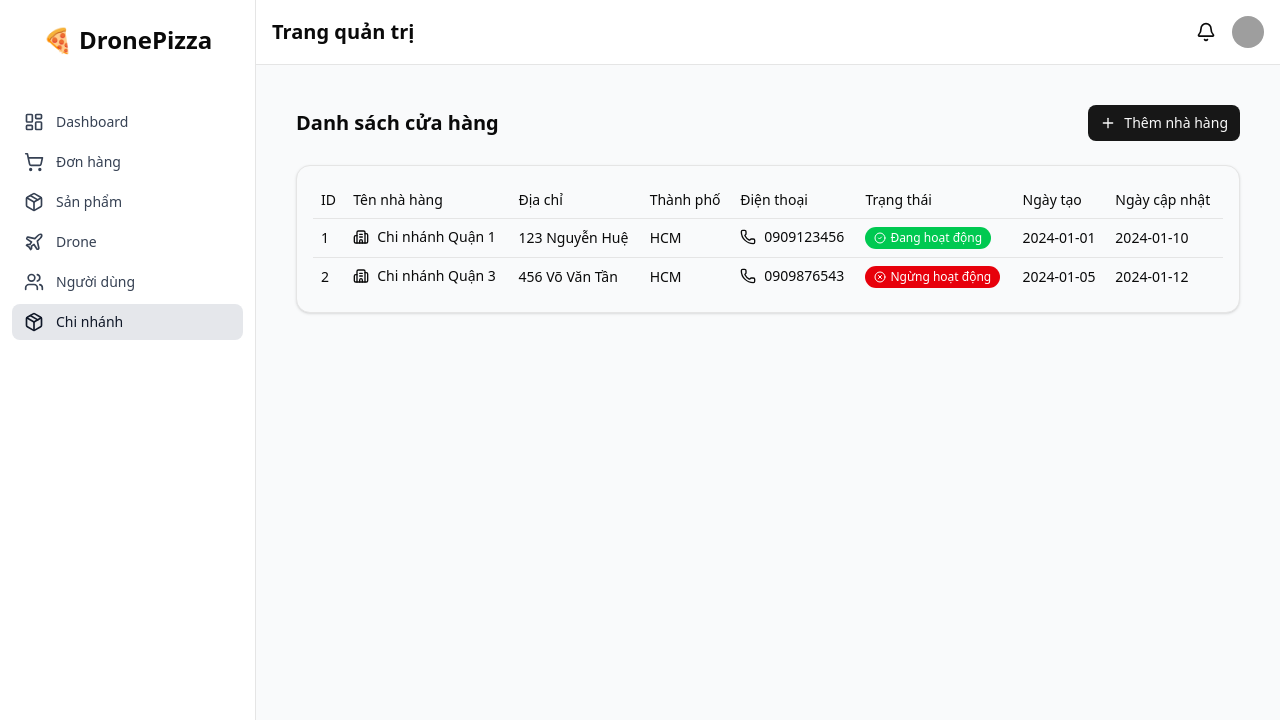
Repository: SkyWindd/project_fs
Page: /admin/stores (app in web/)
An editor plug-in stored every save of this project. The page is shown before and after a run of saves, followed by the edit.
The browser window is 1280 px wide. The pictures show the whole page.
Pictures or frames that could not be fetched are drawn as grey boxes. The page's requests for data from a server got no answer. Some web fonts or font styles are not loaded; a fallback is used. The project was rebuilt for these pictures with package versions that can differ from the ones it lists, and the page was loaded fresh each time. No one was signed in, and anything a server would have sent is missing. Also part of the build but not shown: web/vite.config.ts, web/src/hooks/useResponsive.ts, web/src/components/ui/input.tsx, web/src/components/Location/MapPicker.tsx, web/src/components/Location/LocationSelector.tsx, web/src/components/Cart/CartItemCard.tsx, web/src/components/Cart/CartDrawer.tsx, web/src/components/Header/CartIcon.tsx and 55 more. Imported but missing from the stored project, and not drawn on this page: web/src/components/ui/radio-group, web/src/components/ui/textarea.

Above is the page before, as saved 2025-12-01 03:45:24.

### web/src/main.tsx
import React from 'react'
import ReactDOM from 'react-dom/client'
import App from './App'
import './index.css'
import { CartProvider } from "./context/CartContext"
ReactDOM.createRoot(document.getElementById('root')!).render(
  <React.StrictMode>
      <CartProvider>
    <App />
    </CartProvider>
  </React.StrictMode>,
)

### web/src/App.tsx
import { RouterProvider } from "react-router-dom"
import { router } from "./router"
import { LocationProvider } from "./context/LocationContext"
import { Toaster } from "sonner"
import { AuthProvider } from "./context/AuthContext"
import { CategoryProvider } from "./context/CategoryContext"
import { MenuProvider } from "./context/MenuContext"
import { StoreProvider } from "./context/StoreContext"
import { StoreMenuProvider } from "./context/StoreMenuContext"
export default function App() {
  return (
    <>
      {/* Toast toàn app */}
      <Toaster
        position="top-center"
        richColors
        expand
        style={{ zIndex: 99999 }}
      />

      {/* ⭐ Bao toàn bộ Router bằng tất cả Provider cần thiết */}
      <AuthProvider>
        <LocationProvider>
          <CategoryProvider>
             <MenuProvider>
                <StoreProvider>
                  <StoreMenuProvider>
                  <RouterProvider router={router} />
                  </StoreMenuProvider>
                </StoreProvider>
             </MenuProvider>
          </CategoryProvider>
        </LocationProvider>
      </AuthProvider>
    </>
  )
}

### web/src/router/index.tsx
import { createBrowserRouter } from "react-router-dom";

// Layouts
import MainLayout from "../layout/MainLayout";
import AdminLayout from "../layout/AdminLayout";

// Pages người dùng
import Home from "../pages/Home";
import Checkout from "../pages/Checkout";
import NotFound from "../pages/NotFound";
import AuthPage from "../pages/AuthPage";
import Profile from "../pages/Profile";

// Pages admin
import Dashboard from "../pages/Dashboard";
import Orders from "../pages/Order";
import Products from "../pages/Product";
import Drones from "../pages/Drone";
import Users from "../pages/Users";
import Stores from "../pages/Store";
import StoreDetail from "../pages/StoreDetail";

export const router = createBrowserRouter([
  // 🌿 Layout người dùng
  {
    path: "/",
    element: <MainLayout />,
    children: [
      { index: true, element: <Home /> },
      { path: "checkout", element: <Checkout /> },
      { path: "auth", element: <AuthPage /> },
      { path: "profile", element: <Profile /> },
      { path: "*", element: <NotFound /> },
    ],
  },

  // 🧭 Layout admin
  {
    path: "/admin",
    element: <AdminLayout />,
    children: [
      { index: true, element: <Dashboard /> },
      { path: "orders", element: <Orders /> },
      { path: "products", element: <Products /> },
      { path: "drones", element: <Drones /> },
      { path: "users", element: <Users /> },
      { path: "stores", element: <Stores /> },
      { path: "stores/:id", element: <StoreDetail /> },
    ],
  },

  // 404 fallback
  {
    path: "*",
    element: <NotFound />,
  },
]);

export default router;

### web/src/context/AuthContext.tsx
"use client"

import React, { createContext, useContext, useEffect, useState } from "react"

interface User {
  user_id: number
  full_name: string
  email: string
  phone_number: string
  password: string
  role: "admin" | "customer"
  is_active: boolean
  created_at: string
  updated_at: string
}

interface AuthContextType {
  currentUser: User | null
  login: (user: User) => void
  logout: () => void
  updateUser: (updatedUser: User) => void // ✅ thêm mới
}

// ✅ Tạo context
const AuthContext = createContext<AuthContextType | undefined>(undefined)

// ✅ Provider
export function AuthProvider({ children }: { children: React.ReactNode }) {
  const [currentUser, setCurrentUser] = useState<User | null>(null)

  // 🔹 Load user từ localStorage khi app khởi động
  useEffect(() => {
    const stored = localStorage.getItem("currentUser")
    if (stored) setCurrentUser(JSON.parse(stored))
  }, [])

  // 🔹 Đăng nhập
  const login = (user: User) => {
    localStorage.setItem("currentUser", JSON.stringify(user))
    setCurrentUser(user)
  }

  // 🔹 Đăng xuất
  const logout = () => {
    localStorage.removeItem("currentUser")
    setCurrentUser(null)
  }

  // 🔹 Cập nhật thông tin user
  const updateUser = (updatedUser: User) => {
    localStorage.setItem("currentUser", JSON.stringify(updatedUser))
    setCurrentUser(updatedUser)
  }

  return (
    <AuthContext.Provider value={{ currentUser, login, logout, updateUser }}>
      {children}
    </AuthContext.Provider>
  )
}

// ✅ Custom hook
export function useAuth() {
  const context = useContext(AuthContext)
  if (!context) {
    throw new Error("useAuth must be used within an AuthProvider")
  }
  return context
}

### web/src/context/CategoryContext.tsx
import { createContext, useContext, useEffect, useState } from "react";
import type { ReactNode } from "react";
import { fetchCategories } from "../lib/api";

// 1️⃣ Định nghĩa kiểu Category từ DB
export interface Category {
  category_id: number;
  category_name: string;
}

// 2️⃣ Kiểu dữ liệu trong context
interface CategoryContextType {
  categories: Category[];
  loading: boolean;
}

// 3️⃣ Context với default value
const CategoryContext = createContext<CategoryContextType>({
  categories: [],
  loading: true,
});

// 4️⃣ Định nghĩa props provider
interface CategoryProviderProps {
  children: ReactNode;
}

export function CategoryProvider({ children }: CategoryProviderProps) {
  const [categories, setCategories] = useState<Category[]>([]);
  const [loading, setLoading] = useState(true);

  useEffect(() => {
    fetchCategories()
      .then((data) => {
        setCategories(data);      // ⭐ Data đã có đúng category_id, category_name
        setLoading(false);
      })
      .catch(() => {
        setCategories([]);
        setLoading(false);
      });
  }, []);

  return (
    <CategoryContext.Provider value={{ categories, loading }}>
      {children}
    </CategoryContext.Provider>
  );
}

// 5️⃣ Custom hook
export function useCategories() {
  return useContext(CategoryContext);
}

### web/src/context/MenuContext.tsx
import { createContext, useContext, useEffect, useState } from "react";
import type { ReactNode } from "react";
import { fetchMenuItems } from "../lib/api";

interface MenuContextType {
  menuItems: any[];
  loading: boolean;
}

const MenuContext = createContext<MenuContextType>({
  menuItems: [],
  loading: true,
});

interface MenuProviderProps {
  children: ReactNode;
}

export function MenuProvider({ children }: MenuProviderProps) {
  const [menuItems, setMenuItems] = useState<any[]>([]);
  const [loading, setLoading] = useState(true);

  useEffect(() => {
    fetchMenuItems().then((data) => {
      setMenuItems(data);
      setLoading(false);
    });
  }, []);

  return (
    <MenuContext.Provider value={{ menuItems, loading }}>
      {children}
    </MenuContext.Provider>
  );
}

export function useMenu() {
  return useContext(MenuContext);
}

### web/src/context/StoreMenuContext.tsx
import { createContext, useContext, useEffect, useState } from "react";
import { useStore } from "./StoreContext";
import { fetchStoreMenu } from "../lib/api";

interface StoreMenuContextType {
  storeMenu: any[];
  loading: boolean;
}

const StoreMenuContext = createContext<StoreMenuContextType>({
  storeMenu: [],
  loading: true,
});

interface StoreMenuProviderProps {
  children: React.ReactNode;
}

export function StoreMenuProvider({ children }: StoreMenuProviderProps) {
  const { selectedStore } = useStore();
  const [storeMenu, setStoreMenu] = useState<any[]>([]);
  const [loading, setLoading] = useState(false);

  useEffect(() => {
    if (!selectedStore) return;

    setLoading(true);

    fetchStoreMenu(selectedStore.store_id)
      .then((data) => setStoreMenu(data))
      .finally(() => setLoading(false));
  }, [selectedStore]);

  return (
    <StoreMenuContext.Provider value={{ storeMenu, loading }}>
      {children}
    </StoreMenuContext.Provider>
  );
}

export const useStoreMenu = () => useContext(StoreMenuContext);

### web/src/layout/AdminLayout.tsx
import React from "react";
import { Outlet } from "react-router-dom";
import { Bell } from "lucide-react";
import { Sidebar } from "../components/Admin/Sidebar";
import { Avatar, AvatarFallback, AvatarImage } from "../components/ui/avatar";

interface AdminLayoutProps {
  children?: React.ReactNode; // Cho phép truyền children khi không dùng Outlet
}

export default function AdminLayout({ children }: AdminLayoutProps) {
  return (
    <div className="flex min-h-screen bg-gray-50">
      {/* Sidebar */}
      <Sidebar />

      {/* Main content area */}
      <div className="flex-1 flex flex-col">
        {/* Header */}
        <header className="flex items-center justify-between bg-white border-b p-4">
          <h1 className="text-xl font-semibold">Trang quản trị</h1>

          <div className="flex items-center gap-4">
            <Bell className="w-5 h-5 cursor-pointer" />
            <Avatar>
              <AvatarImage src="https://randomuser.me/api/portraits/women/65.jpg" />
              <AvatarFallback>AD</AvatarFallback>
            </Avatar>
          </div>
        </header>

        {/* Page content */}
        <main className="flex-1 p-6">
          {/* Nếu dùng React Router => Outlet chạy */}
          <Outlet />

          {/* Nếu import AdminLayout như wrapper => children chạy */}
          {children}
        </main>
      </div>
    </div>
  );
}

### web/src/pages/Store.tsx
import React, { useState } from "react";
import { StoreTable } from "../components/Store/StoreTable";
import { AddStoreDialog } from "../components/Store/AddStoreDialog";
import { stores as mockStores } from "../../mock/mockData";
import type { Store } from "../../mock/mockData";

export default function StorePage() {
  const [list, setList] = useState<Store[]>(mockStores);

  const handleAddStore = (store: Store) => {
    setList((prev) => [...prev, store]);
  };

  return (
    <div className="p-4">
      <div className="flex items-center justify-between mb-6">
        <h2 className="text-xl font-semibold">Danh sách cửa hàng</h2>
        <AddStoreDialog onAdd={handleAddStore} stores={list} />

      </div>

      {/* Truyền toàn bộ list, không lọc is_active */}
      <StoreTable stores={list} />
    </div>
  );
}

### web/src/components/ui/avatar.tsx
import * as React from "react"
import * as AvatarPrimitive from "@radix-ui/react-avatar"

import { cn } from "../../lib/utils"

function Avatar({
  className,
  ...props
}: React.ComponentProps<typeof AvatarPrimitive.Root>) {
  return (
    <AvatarPrimitive.Root
      data-slot="avatar"
      className={cn(
        "relative flex size-8 shrink-0 overflow-hidden rounded-full",
        className
      )}
      {...props}
    />
  )
}

function AvatarImage({
  className,
  ...props
}: React.ComponentProps<typeof AvatarPrimitive.Image>) {
  return (
    <AvatarPrimitive.Image
      data-slot="avatar-image"
      className={cn("aspect-square size-full", className)}
      {...props}
    />
  )
}

function AvatarFallback({
  className,
  ...props
}: React.ComponentProps<typeof AvatarPrimitive.Fallback>) {
  return (
    <AvatarPrimitive.Fallback
      data-slot="avatar-fallback"
      className={cn(
        "bg-muted flex size-full items-center justify-center rounded-full",
        className
      )}
      {...props}
    />
  )
}

export { Avatar, AvatarImage, AvatarFallback }

### web/src/components/ui/badge.tsx
import * as React from "react"
import { Slot } from "@radix-ui/react-slot"
import { cva, type VariantProps } from "class-variance-authority"

import { cn } from "../../lib/utils"

const badgeVariants = cva(
  "inline-flex items-center justify-center rounded-full border px-2 py-0.5 text-xs font-medium w-fit whitespace-nowrap shrink-0 [&>svg]:size-3 gap-1 [&>svg]:pointer-events-none focus-visible:border-ring focus-visible:ring-ring/50 focus-visible:ring-[3px] aria-invalid:ring-destructive/20 dark:aria-invalid:ring-destructive/40 aria-invalid:border-destructive transition-[color,box-shadow] overflow-hidden",
  {
    variants: {
      variant: {
        default:
          "border-transparent bg-primary text-primary-foreground [a&]:hover:bg-primary/90",
        secondary:
          "border-transparent bg-secondary text-secondary-foreground [a&]:hover:bg-secondary/90",
        destructive:
          "border-transparent bg-destructive text-white [a&]:hover:bg-destructive/90 focus-visible:ring-destructive/20 dark:focus-visible:ring-destructive/40 dark:bg-destructive/60",
        outline:
          "text-foreground [a&]:hover:bg-accent [a&]:hover:text-accent-foreground",
      },
    },
    defaultVariants: {
      variant: "default",
    },
  }
)

export interface BadgeProps
  extends React.ComponentProps<"span">,
    VariantProps<typeof badgeVariants> {
  asChild?: boolean
}

export function Badge({
  className,
  variant,
  asChild = false,
  ...props
}: BadgeProps) {
  const Comp = asChild ? Slot : "span"

  return (
    <Comp
      data-slot="badge"
      className={cn(badgeVariants({ variant }), className)}
      {...props}
    />
  )
}

export { badgeVariants }

### web/src/components/Store/StoreTable.tsx

import {
  Table,
  TableHeader,
  TableBody,
  TableRow,
  TableCell,
} from "../../components/ui/table";
import { Badge } from "../../components/ui/badge";
import type { Store } from "../../../mock/mockData";
import { Building2, Phone, CheckCircle2, XCircle } from "lucide-react";

// import Card shadcn
import { Card } from "../../components/ui/card";

export function StoreTable({ stores }: { stores: Store[] }) {
  return (
    <Card className="p-4 bg-gray-50 shadow-sm rounded-xl border">
      <Table>
        <TableHeader>
          <TableRow>
            <TableCell>ID</TableCell>
            <TableCell>Tên nhà hàng</TableCell>
            <TableCell>Địa chỉ</TableCell>
            <TableCell>Thành phố</TableCell>
            <TableCell>Điện thoại</TableCell>
            <TableCell>Trạng thái</TableCell>
            <TableCell>Ngày tạo</TableCell>
            <TableCell>Ngày cập nhật</TableCell>
          </TableRow>
        </TableHeader>

        <TableBody>
          {stores.map((store) => (
            <TableRow key={store.store_id}>
              <TableCell>{store.store_id}</TableCell>

              <TableCell className="flex items-center gap-2">
                <Building2 className="w-4 h-4" />
                {store.store_name}
              </TableCell>

              <TableCell>{store.address}</TableCell>
              <TableCell>{store.city}</TableCell>

              <TableCell className="flex items-center gap-2">
                <Phone className="w-4 h-4" />
                {store.phone_number}
              </TableCell>

              {/* ---- Trạng thái ---- */}
              <TableCell>
                {store.is_active ? (
                  <Badge className="bg-green-500 hover:bg-green-600 text-white flex items-center gap-1">
                    <CheckCircle2 className="w-4 h-4" />
                    Đang hoạt động
                  </Badge>
                ) : (
                  <Badge variant="destructive" className="flex items-center gap-1">
                    <XCircle className="w-4 h-4" />
                    Ngừng hoạt động
                  </Badge>
                )}
              </TableCell>

              <TableCell>{store.created_at}</TableCell>
              <TableCell>{store.updated_at}</TableCell>
            </TableRow>
          ))}
        </TableBody>
      </Table>
    </Card>
  );
}

### web/src/components/ui/scroll-area.tsx
import * as React from "react"
import * as ScrollAreaPrimitive from "@radix-ui/react-scroll-area"

import { cn } from "../../lib/utils"

function ScrollArea({
  className,
  children,
  ...props
}: React.ComponentProps<typeof ScrollAreaPrimitive.Root>) {
  return (
    <ScrollAreaPrimitive.Root
      data-slot="scroll-area"
      className={cn("relative", className)}
      {...props}
    >
      <ScrollAreaPrimitive.Viewport
        data-slot="scroll-area-viewport"
        className="focus-visible:ring-ring/50 size-full rounded-[inherit] transition-[color,box-shadow] outline-none focus-visible:ring-[3px] focus-visible:outline-1"
      >
        {children}
      </ScrollAreaPrimitive.Viewport>
      <ScrollBar />
      <ScrollAreaPrimitive.Corner />
    </ScrollAreaPrimitive.Root>
  )
}

function ScrollBar({
  className,
  orientation = "vertical",
  ...props
}: React.ComponentProps<typeof ScrollAreaPrimitive.ScrollAreaScrollbar>) {
  return (
    <ScrollAreaPrimitive.ScrollAreaScrollbar
      data-slot="scroll-area-scrollbar"
      orientation={orientation}
      className={cn(
        "flex touch-none p-px transition-colors select-none",
        orientation === "vertical" &&
          "h-full w-2.5 border-l border-l-transparent",
        orientation === "horizontal" &&
          "h-2.5 flex-col border-t border-t-transparent",
        className
      )}
      {...props}
    >
      <ScrollAreaPrimitive.ScrollAreaThumb
        data-slot="scroll-area-thumb"
        className="bg-border relative flex-1 rounded-full"
      />
    </ScrollAreaPrimitive.ScrollAreaScrollbar>
  )
}

export { ScrollArea, ScrollBar }

### web/src/components/ui/table.tsx
import * as React from "react"

import { cn } from "../../lib/utils"

const Table = React.forwardRef<
  HTMLTableElement,
  React.HTMLAttributes<HTMLTableElement>
>(({ className, ...props }, ref) => (
  <table ref={ref} className={cn("w-full caption-bottom text-sm", className)} {...props} />
))
Table.displayName = "Table"

const TableHeader = React.forwardRef<
  HTMLTableSectionElement,
  React.HTMLAttributes<HTMLTableSectionElement>
>(({ className, ...props }, ref) => (
  <thead ref={ref} className={cn("[&_tr]:border-b", className)} {...props} />
))
TableHeader.displayName = "TableHeader"

const TableBody = React.forwardRef<
  HTMLTableSectionElement,
  React.HTMLAttributes<HTMLTableSectionElement>
>(({ className, ...props }, ref) => (
  <tbody ref={ref} className={cn("[&_tr:last-child]:border-0", className)} {...props} />
))
TableBody.displayName = "TableBody"

const TableRow = React.forwardRef<
  HTMLTableRowElement,
  React.HTMLAttributes<HTMLTableRowElement>
>(({ className, ...props }, ref) => (
  <tr ref={ref} className={cn("border-b transition-colors hover:bg-muted/50", className)} {...props} />
))
TableRow.displayName = "TableRow"

const TableHead = React.forwardRef<
  HTMLTableCellElement,
  React.ThHTMLAttributes<HTMLTableCellElement>
>(({ className, ...props }, ref) => (
  <th
    ref={ref}
    className={cn(
      "h-10 px-2 text-left align-middle font-medium text-muted-foreground [&:has([role=checkbox])]:pr-0",
      className
    )}
    {...props}
  />
))
TableHead.displayName = "TableHead"

const TableCell = React.forwardRef<
  HTMLTableCellElement,
  React.TdHTMLAttributes<HTMLTableCellElement>
>(({ className, ...props }, ref) => (
  <td
    ref={ref}
    className={cn("p-2 align-middle [&:has([role=checkbox])]:pr-0", className)}
    {...props}
  />
))
TableCell.displayName = "TableCell"

export { Table, TableHeader, TableBody, TableRow, TableHead, TableCell }

Loaded but not shown: web/index.html (common file); web/src/lib/utils.ts (common file); web/mock/mockData.ts (525 lines, source omitted); web/src/index.css (148 lines, source omitted); web/src/lib/api.ts (153 lines, source omitted); web/src/components/ui/dialog.tsx (141 lines, source omitted); web/src/context/CartContext.tsx (144 lines, source omitted); web/src/context/LocationContext.tsx (124 lines, source omitted); web/src/components/Store/AddStoreDialog.tsx (114 lines, source omitted); web/src/context/StoreContext.tsx (90 lines, source omitted); web/src/components/ui/button.tsx (60 lines, source omitted); web/src/components/ui/card.tsx (92 lines, source omitted); web/src/components/Admin/Sidebar.tsx (49 lines, source omitted)

After the next 3 saves:
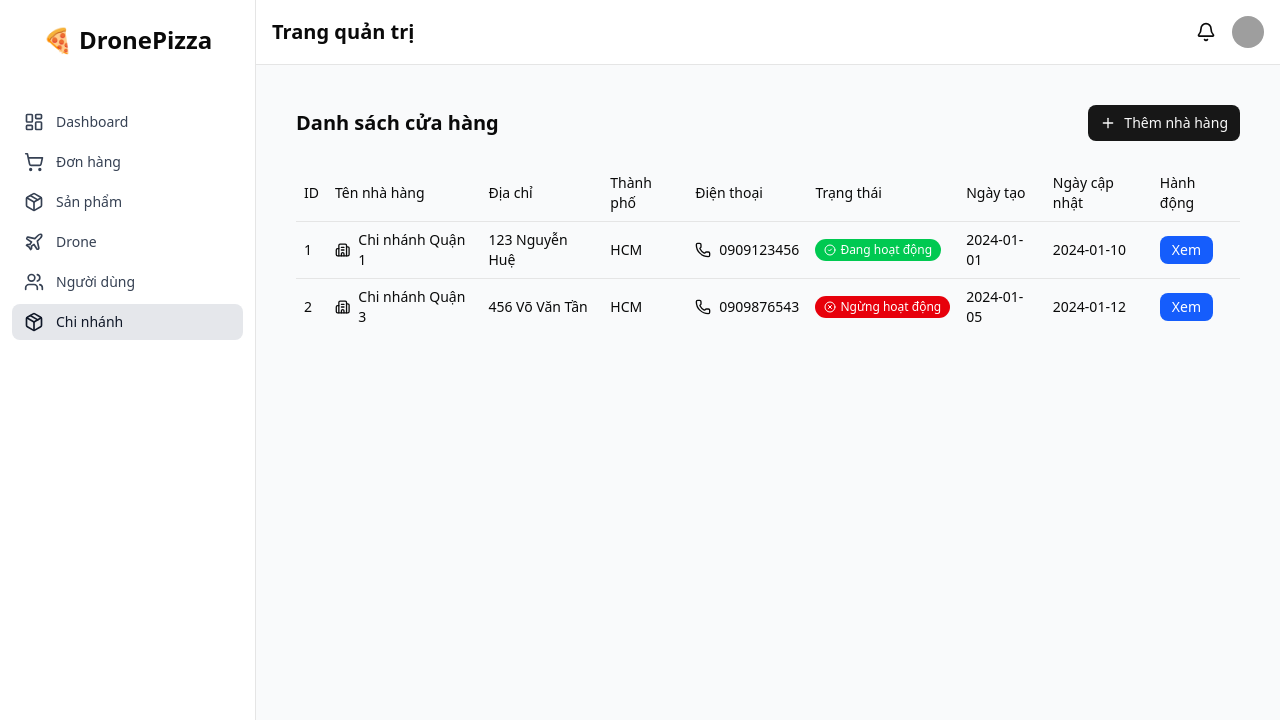
The 3 saves are shown as one change because they came seconds apart.
The last was saved 5 min 7 s later.
--- a/web/src/components/Store/StoreTable.tsx
+++ b/web/src/components/Store/StoreTable.tsx
@@ -1,4 +1,4 @@
-
+import React from "react";
 import {
   Table,
   TableHeader,
@@ -9,66 +9,74 @@
 import { Badge } from "../../components/ui/badge";
 import type { Store } from "../../../mock/mockData";
 import { Building2, Phone, CheckCircle2, XCircle } from "lucide-react";
-
-// import Card shadcn
-import { Card } from "../../components/ui/card";
+import { useNavigate } from "react-router-dom";
 
 export function StoreTable({ stores }: { stores: Store[] }) {
+  const navigate = useNavigate();
+
   return (
-    <Card className="p-4 bg-gray-50 shadow-sm rounded-xl border">
-      <Table>
-        <TableHeader>
-          <TableRow>
-            <TableCell>ID</TableCell>
-            <TableCell>Tên nhà hàng</TableCell>
-            <TableCell>Địa chỉ</TableCell>
-            <TableCell>Thành phố</TableCell>
-            <TableCell>Điện thoại</TableCell>
-            <TableCell>Trạng thái</TableCell>
-            <TableCell>Ngày tạo</TableCell>
-            <TableCell>Ngày cập nhật</TableCell>
+    <Table>
+      <TableHeader>
+        <TableRow>
+          <TableCell>ID</TableCell>
+          <TableCell>Tên nhà hàng</TableCell>
+          <TableCell>Địa chỉ</TableCell>
+          <TableCell>Thành phố</TableCell>
+          <TableCell>Điện thoại</TableCell>
+          <TableCell>Trạng thái</TableCell>
+          <TableCell>Ngày tạo</TableCell>
+          <TableCell>Ngày cập nhật</TableCell>
+          <TableCell>Hành động</TableCell>
+        </TableRow>
+      </TableHeader>
+
+      <TableBody>
+        {stores.map((store) => (
+          <TableRow key={store.store_id}>
+            <TableCell>{store.store_id}</TableCell>
+
+            <TableCell className="flex items-center gap-2">
+              <Building2 className="w-4 h-4" />
+              {store.store_name}
+            </TableCell>
+
+            <TableCell>{store.address}</TableCell>
+            <TableCell>{store.city}</TableCell>
+
+            <TableCell className="flex items-center gap-2">
+              <Phone className="w-4 h-4" />
+              {store.phone_number}
+            </TableCell>
+
+            <TableCell>
+              {store.is_active ? (
+                <Badge className="bg-green-500 hover:bg-green-600 text-white flex items-center gap-1">
+                  <CheckCircle2 className="w-4 h-4" />
+                  Đang hoạt động
+                </Badge>
+              ) : (
+                <Badge variant="destructive" className="flex items-center gap-1">
+                  <XCircle className="w-4 h-4" />
+                  Ngừng hoạt động
+                </Badge>
+              )}
+            </TableCell>
+
+            <TableCell>{store.created_at}</TableCell>
+            <TableCell>{store.updated_at}</TableCell>
+
+            {/* Nút xem chi tiết */}
+            <TableCell>
+              <button
+                onClick={() => navigate(`/admin/stores/${store.store_id}`)}
+                className="px-3 py-1 bg-blue-600 text-white rounded-md hover:bg-blue-700"
+              >
+                Xem
+              </button>
+            </TableCell>
           </TableRow>
-        </TableHeader>
-
-        <TableBody>
-          {stores.map((store) => (
-            <TableRow key={store.store_id}>
-              <TableCell>{store.store_id}</TableCell>
-
-              <TableCell className="flex items-center gap-2">
-                <Building2 className="w-4 h-4" />
-                {store.store_name}
-              </TableCell>
-
-              <TableCell>{store.address}</TableCell>
-              <TableCell>{store.city}</TableCell>
-
-              <TableCell className="flex items-center gap-2">
-                <Phone className="w-4 h-4" />
-                {store.phone_number}
-              </TableCell>
-
-              {/* ---- Trạng thái ---- */}
-              <TableCell>
-                {store.is_active ? (
-                  <Badge className="bg-green-500 hover:bg-green-600 text-white flex items-center gap-1">
-                    <CheckCircle2 className="w-4 h-4" />
-                    Đang hoạt động
-                  </Badge>
-                ) : (
-                  <Badge variant="destructive" className="flex items-center gap-1">
-                    <XCircle className="w-4 h-4" />
-                    Ngừng hoạt động
-                  </Badge>
-                )}
-              </TableCell>
-
-              <TableCell>{store.created_at}</TableCell>
-              <TableCell>{store.updated_at}</TableCell>
-            </TableRow>
-          ))}
-        </TableBody>
-      </Table>
-    </Card>
+        ))}
+      </TableBody>
+    </Table>
   );
 }
